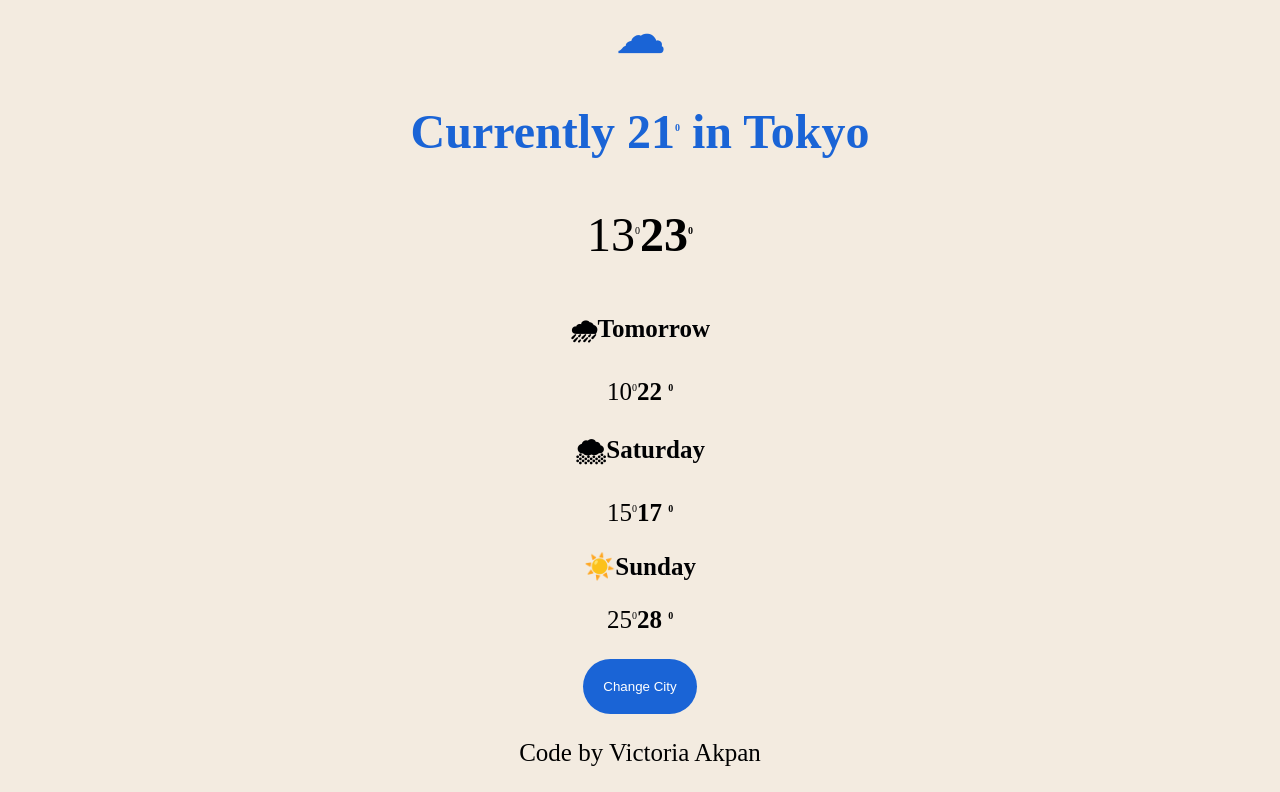
Repository: VickyJacob23/SheCode
Page: firstCode/weatherAppHomeWork.html
These files come from the project's save history. The page is drawn as it stood at one moment and after the next save; the edit follows.
The browser window is 1280 px wide. The pictures show the whole page.

Above is the page before, as saved 2024-08-26 23:57:11.

### firstCode/weatherAppHomeWork.html
<!DOCTYPE html>
<html lang="en">
<head>
    <meta charset="UTF-8">
    <meta name="viewport" content="width=device-width, initial-scale=1.0">
    <title>Demo WeatherAPP</title>

    <style>
        body{
            background-color: #f3ebe0;
        }
        .title h1,.icon{
            color: #1a64d6;
            font-size: 48px;
            font-weight: 700;
        }
        .container{
            margin: auto;
            text-align: center;
        }
        .icon div{
            color: #1a64d6;
        }
        .subtitle{
            color: #000103;
            font-size: 25px;
            font-weight: 600;
        }
        p{
            font-size: 25px;
        }
        span{
            font-weight: 700;
        }
        sup{
            font-size: 10px;
        }
        button{
            background-color: #1a64d6;
            color: #fff;
            border: none;
            outline: none;
            padding: 1.5em;
            border-radius: 30px;
            transition: all 500ms ease-in-out;
        }
        button:hover{
            background-color: #fff;
            color: #1a64d6;
            border:1px solid #1a64d6;
            cursor:pointer
        }
        #bold{
            font-size: 3em;
        }
    </style>
</head>
<body>
    <div class="container">

        <section class="title">
            <div class="icon">☁</div>
            <h1>Currently 21<sup>0</sup> in Tokyo</h1>
            <p id="bold">13<sup>0</sup><span>23<sup>0</sup></span></p>
        </section>

        <section>
            <div class="subtitle">🌧Tomorrow</div>
            <p >10<sup>0</sup><span>22 <sup>0</sup></span></p>
        </section>

        <section>
            <div class="subtitle">🌨Saturday</div>
            <p>15<sup>0</sup><span>17 <sup>0</sup></span></p>
        </section>

        <section>
            <div class="subtitle">☀️Sunday</div>
            <p>25<sup>0</sup><span>28 <sup>0</sup></span></p>
        </section>

        <button>Change City</button>

        <p>Code by Victoria Akpan </p>
    </div>
</body>
</html>

After the next save:
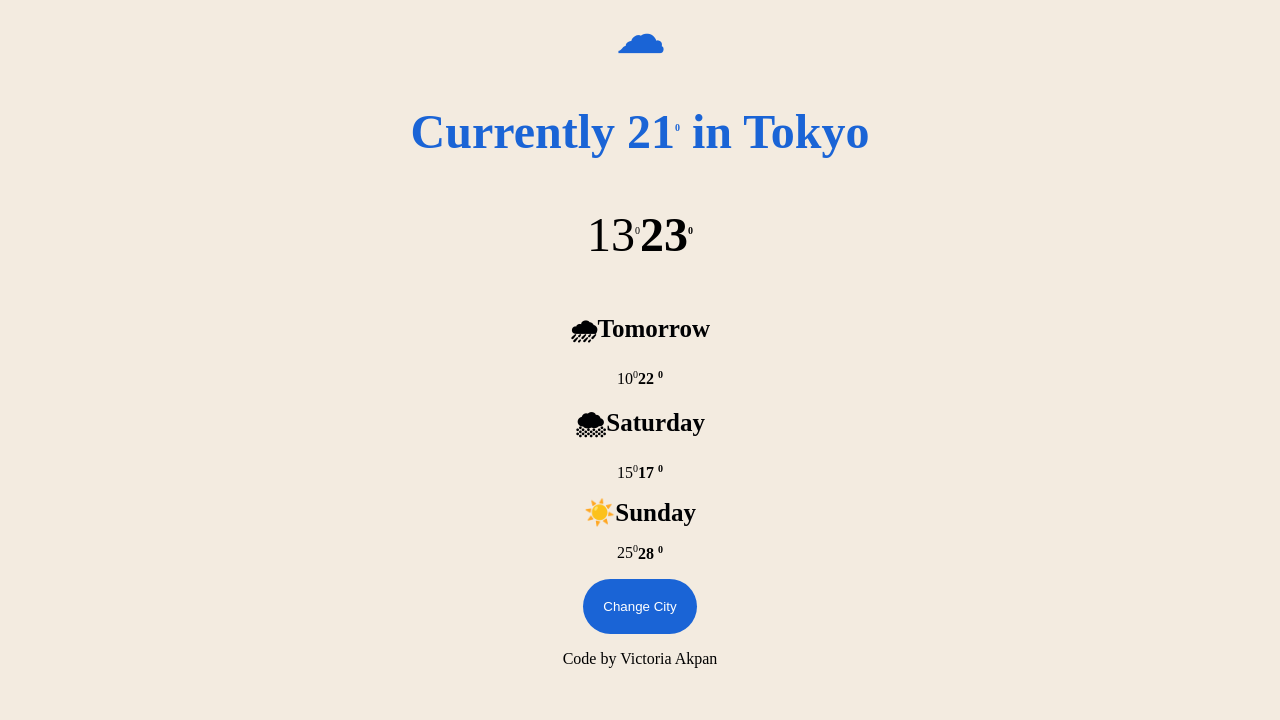
Saved 53 s later.
--- a/firstCode/weatherAppHomeWork.html
+++ b/firstCode/weatherAppHomeWork.html
@@ -26,8 +26,9 @@
             font-size: 25px;
             font-weight: 600;
         }
-        p{
+        p + p{
             font-size: 25px;
+            opacity: 0.7;
         }
         span{
             font-weight: 700;
